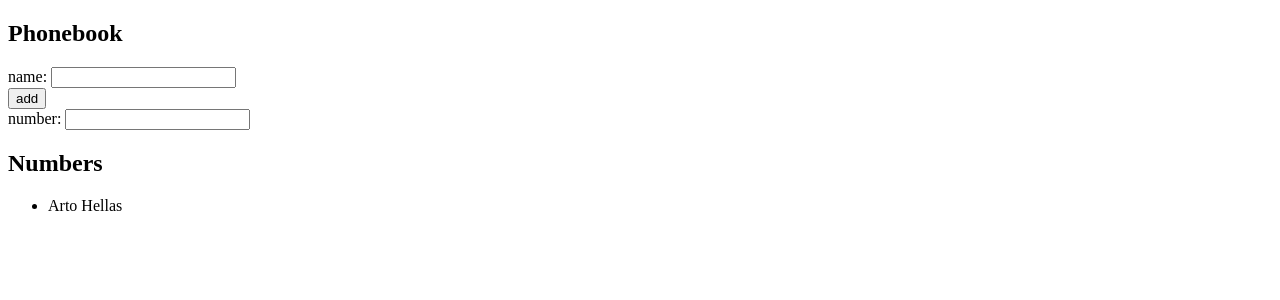
Repository: 4di61/FullStackOpen
Page: / (app in part2/phonebook/)
An editor plug-in stored every save of this project. The page is shown before and after the next save, followed by the edit.
The browser window is 1280 px wide. The pictures show the whole page.
The project was rebuilt for these pictures with package versions that can differ from the ones it lists, and the page was loaded fresh each time. Also part of the build but not shown: part2/phonebook/vite.config.js.

Above is the page before, as saved 2024-09-06 11:26:57.

After the next save:
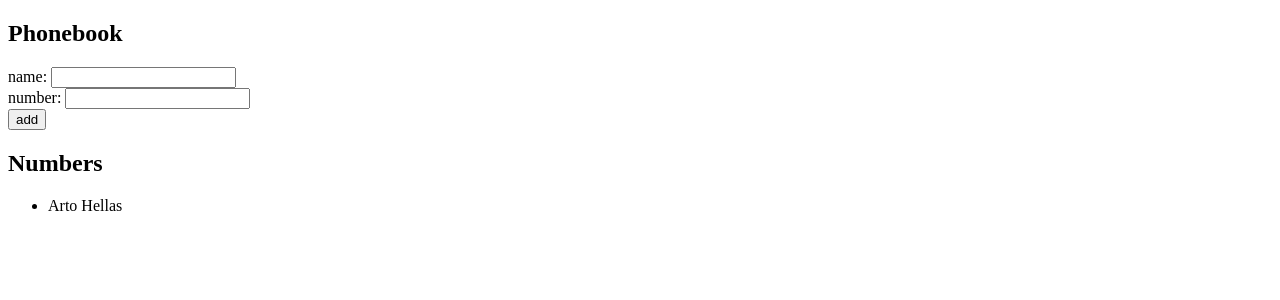
Saved 14 s later.
--- a/part2/phonebook/src/App.jsx
+++ b/part2/phonebook/src/App.jsx
@@ -26,14 +26,14 @@ const App = () => {
       <form onSubmit={addNewName}>
         <div>
           name: <input value={newName} onChange={handleInputChange}/>
+        <div>
+          number: <input value={newName} onChange={handleInputChange}/>
+        </div>
         </div>
         <div>
           <button type="submit">add</button>
         </div>
 
-        <div>
-          number: <input value={newName} onChange={handleInputChange}/>
-        </div>
 
       </form>
       <h2>Numbers</h2>
